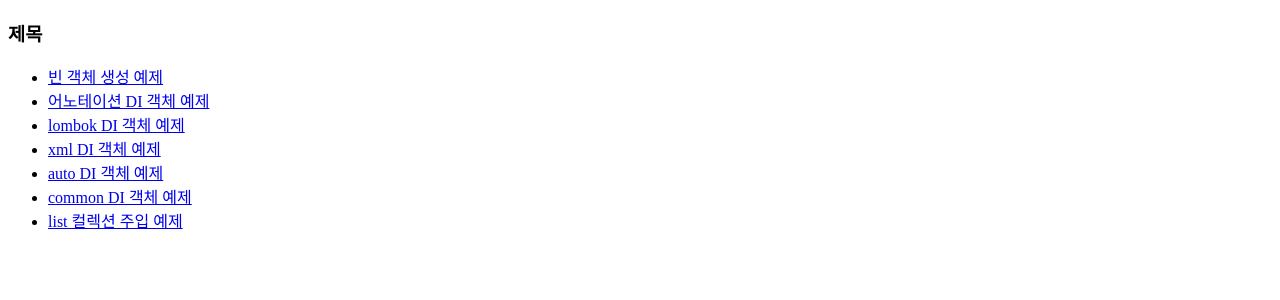
Repository: alstjd426/Spring
Page: http://localhost/Spring/
An editor plug-in stored every save of this project. The page is shown before and after the next save, followed by the edit.
The browser window is 1280 px wide. The pictures show the whole page.
The page is served by Tomcat 9.

Above is the page before, as saved 2025-04-14 07:15:50.

After the next save:
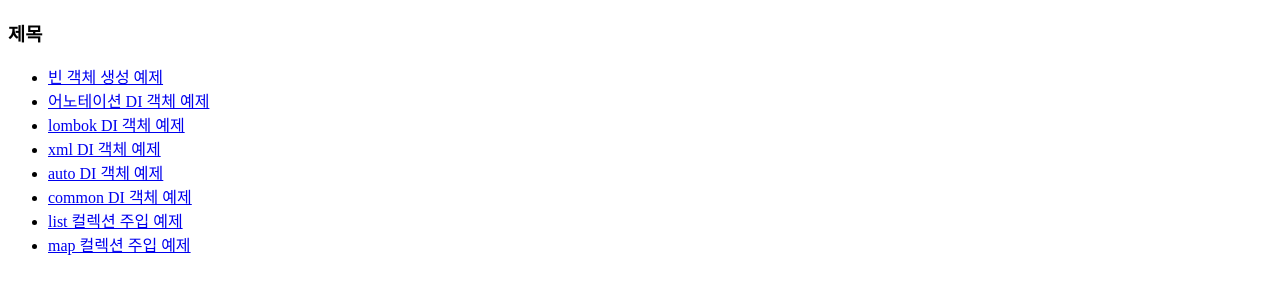
Saved 31 s later.
--- a/Spring/src/main/webapp/index.jsp
+++ b/Spring/src/main/webapp/index.jsp
@@ -16,6 +16,7 @@
 		<li><a href="autoDI">auto DI 객체 예제</a></li>
 		<li><a href="commonDI">common DI 객체 예제</a></li>
 		<li><a href="list">list 컬렉션 주입 예제</a></li>
+		<li><a href="map">map 컬렉션 주입 예제</a></li>
 	</ul>
 </body>
 </html>
